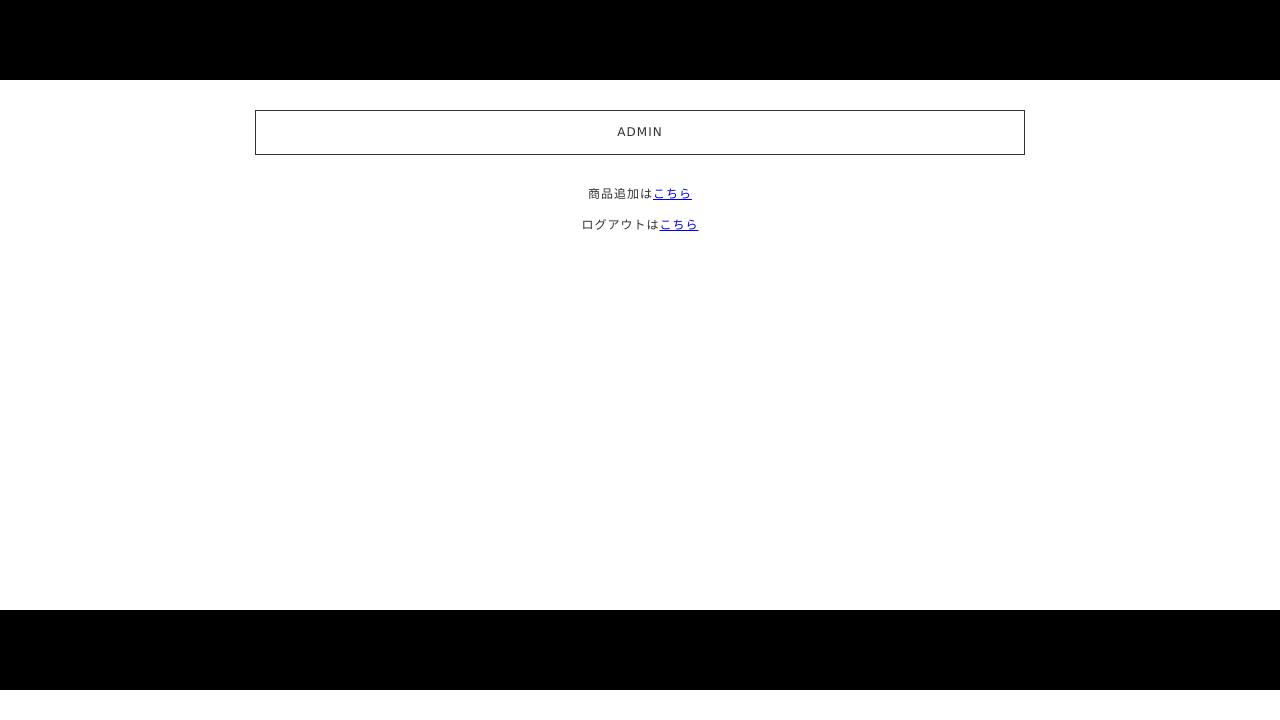
Repository: kf3225/backup
Page: http://localhost/ecsite/admin.jsp
The author's editor kept a copy of each file at every save. The page is drawn from the files as they stood at one save, then again after the next save.
The browser window is 1280 px wide. The pictures show the whole page.
The page is served by Tomcat 9. Other server files are loaded and not shown.

Above is the page before, as saved 2018-01-26 08:08:04.

### ecsite/WebContent/admin.jsp
<%@ page language="java" contentType="text/html; charset=UTF-8"
    pageEncoding="UTF-8"%>
<%@ taglib prefix="s" uri="/struts-tags" %>
<!DOCTYPE html PUBLIC "-//W3C//DTD HTML 4.01 Transitional//EN" "http://www.w3.org/TR/html4/loose.dtd">
<html>
<head>
<meta http-equiv="Content-Type" content="text/html; charset=UTF-8" />
<meta http-equiv="Content-Style-Type" content="text/css"/>
<meta http-equiv="Content-Script-Type" content="javascript"/>
<meta http-equiv="imagetoolbar" content="no"/>
<meta name="description" content=""/>
<meta name="keywords" content=""/>

<style type="text/css">

/* ===== TAG LAYOUT ===== */

body {
	margin:0;
	padding:0;
	line-height:1.6;
	letter-spacing:1px;
	font-family:Verdana, Helvetica, sans-serif;
	font-size:12px;
	color:#333;
	background-color:#fff;
}

table {
	text-align:center;
	margin:0 auto;
}

/* ===== ID LAYOUT ===== */
#top {
	width:60%;
	margin:30px auto;
	border:1px solid #333;
}

#header {
	width:100%;
	height:80px;
	background-color:black;
}

#main {
	width:100%;
	height:500px;
	text-align:center;
}

#footer {
	width:100%;
	height:80px;
	background-color:black;
	clear:both;
}


</style>

<title>ADMIN</title>
</head>
<body>
	<div id="header">
		<div id="pr"></div>
	</div>

	<div id="main">
		<div id="top"><p>ADMIN</p></div>
		<div>
			<p>商品追加は<a href='<s:url action="ItemInsertAction"/>'>こちら</a></p>
			<p>ログアウトは<a href='<s:url action="LogoutAction"/>'>こちら</a></p>
		</div>
	</div>

	<div id="footer">
		<div id="pr"></div>
	</div>
</body>
</html>

After the next save:
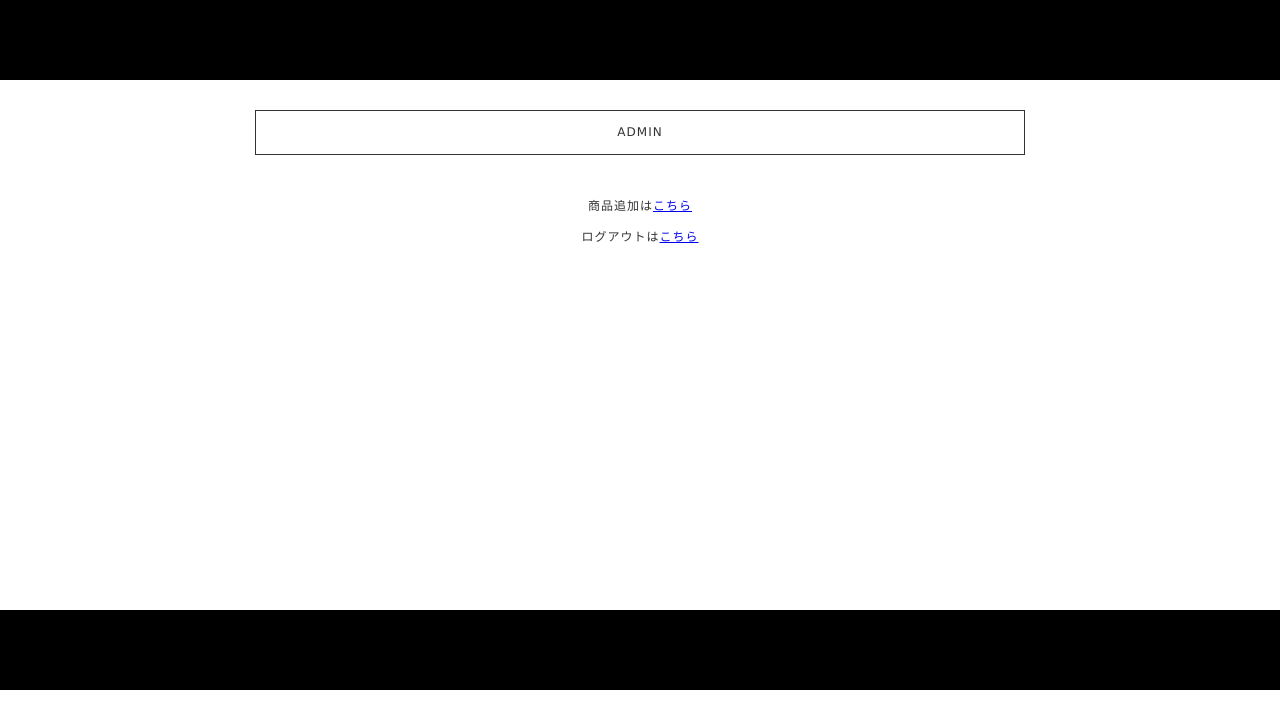
Saved 13 min 50 s later.
--- a/ecsite/WebContent/admin.jsp
+++ b/ecsite/WebContent/admin.jsp
@@ -70,6 +70,20 @@ table {
 	<div id="main">
 		<div id="top"><p>ADMIN</p></div>
 		<div>
+			<table>
+			<s:iterator value="itemInsertList">
+				<tr>
+					<td><span>商品名</span></td>
+					<td><span>値段</span></td>
+					<td><span>在庫</span></td>
+				</tr>
+				<tr>
+					<td><span><s:property value="itemName" /></span></td>
+					<td><span><s:property value="itemPrice" /></span></td>
+					<td><span><s:property value="stockCount" /></span></td>
+				</tr>
+			</s:iterator>
+			</table>
 			<p>商品追加は<a href='<s:url action="ItemInsertAction"/>'>こちら</a></p>
 			<p>ログアウトは<a href='<s:url action="LogoutAction"/>'>こちら</a></p>
 		</div>
